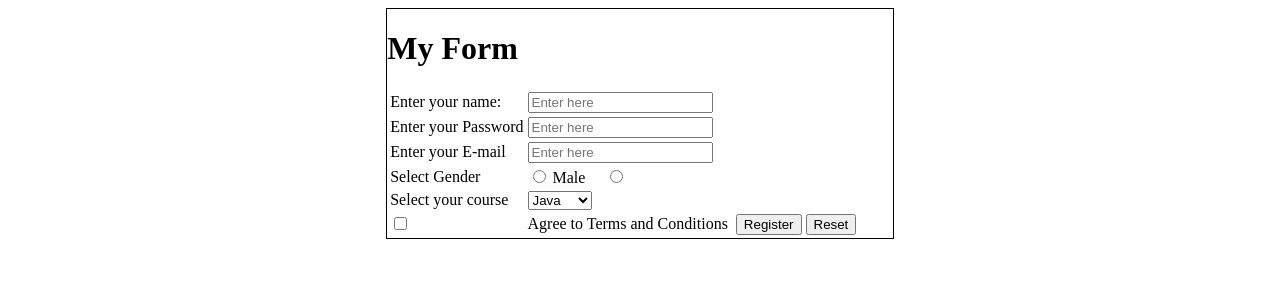
Repository: Amit7Akt/EJB
Page: FormSubmission/src/main/webapp/index.html
An editor plug-in stored every save of this project. The page is shown before and after the next save, followed by the edit.
The browser window is 1280 px wide. The pictures show the whole page.

Above is the page before, as saved 2022-11-22 06:41:57.

After the next save:
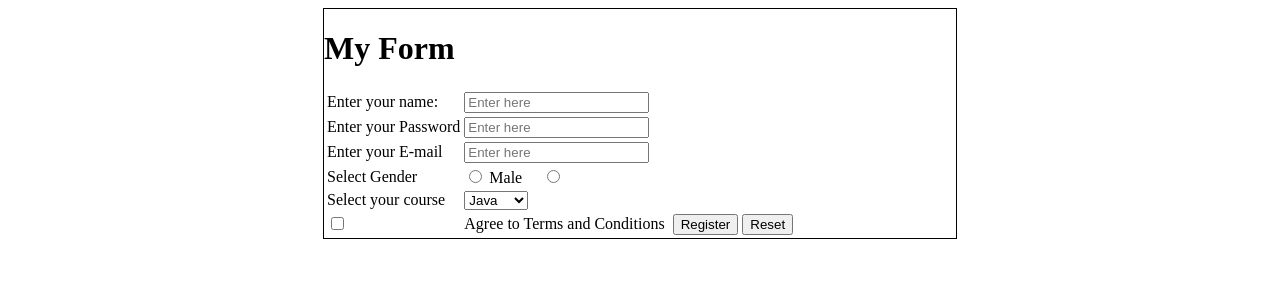
Saved 14 s later.
--- a/FormSubmission/src/main/webapp/index.html
+++ b/FormSubmission/src/main/webapp/index.html
@@ -5,7 +5,7 @@
 		<title>Form Page</title>
 		<style type="text/css">
 			.container{
-				width: 40%;
+				width: 50%;
 				border : 1px solid black;
 				margin: auto;
 				}
